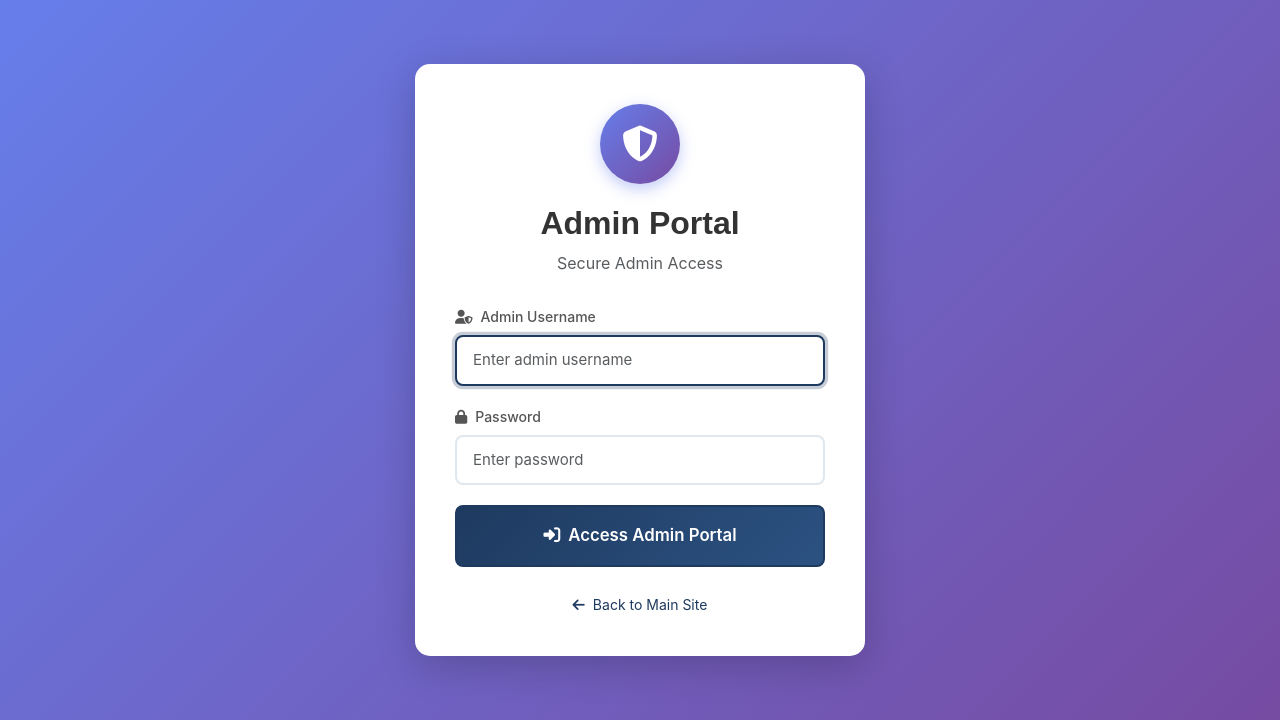
Repository: anamika-webdev/zuree_telecom_react
Page: /admin-login
The author's editor kept a copy of each file at every save. The page is drawn from the files as they stood at one save, then again after the next save.
The browser window is 1280 px wide. The pictures show the whole page.
The page's requests for data from a server got no answer. The project was rebuilt for these pictures with package versions that can differ from the ones it lists, and the page was loaded fresh each time. No one was signed in, and anything a server would have sent is missing. Also part of the build but not shown: vite.config.js, src/components/layout/Layout.jsx, src/assets/css/admin-layout.css, src/components/layout/AdminLayout.jsx, src/components/PrivateRoute.jsx, src/pages/Home.jsx, src/components/common/PageTitle.jsx, src/pages/AboutUs.jsx and 37 more.

Above is the page before, as saved 2025-11-05 20:20:40.

### index.html

<!doctype html>
<html lang="en">
  <head>
    <meta charset="UTF-8" />
    <link rel="icon" type="image/svg+xml" href="/favicon.ico" />
    <meta name="viewport" content="width=device-width, initial-scale=1.0" />
    <meta name="description" content="Zuree Telecom - Connected Device to Enable Digital. Comprehensive infrastructure analysis and communications solutions." />
    <meta name="keywords" content="telecom, 5G, digital marketing, web development, mobile apps" />
    <meta name="author" content="Zuree Telecom" />

    <!-- Open Graph / Facebook -->
    <meta property="og:type" content="website" />
    <meta property="og:url" content="https://zureetelecom.com/" />
    <meta property="og:title" content="Zuree Telecom - Connect Device" />
    <meta property="og:description" content="Connected Device to Enable Digital - SMB Digitization Data Management" />
    <meta property="og:image" content="/images/og-image.jpg" />

    <!-- Twitter -->
    <meta property="twitter:card" content="summary_large_image" />
    <meta property="twitter:url" content="https://zureetelecom.com/" />
    <meta property="twitter:title" content="Zuree Telecom - Connect Device" />
    <meta property="twitter:description" content="Connected Device to Enable Digital - SMB Digitization Data Management" />
    <meta property="twitter:image" content="/images/og-image.jpg" />
<link rel="stylesheet" href="https://cdnjs.cloudflare.com/ajax/libs/font-awesome/6.4.0/css/all.min.css" />
    <title>Zuree Telecom - Connect Device</title>
  </head>
  <body>
    <div id="root"></div>
    <script type="module" src="/src/main.jsx"></script>
  </body>
</html>

### src/main.jsx
// src/main.jsx
import React from 'react';
import ReactDOM from 'react-dom/client';
import App from './App.jsx';
import { ToastContainer } from 'react-toastify';
import 'bootstrap/dist/css/bootstrap.min.css';
import 'react-toastify/dist/ReactToastify.css'; // <-- MAKE SURE THIS LINE EXISTS

// Your other CSS imports
import './index.css';
import './assets/css/main.css';
import './assets/css/animations.css';
import './assets/css/layout.css';

ReactDOM.createRoot(document.getElementById('root')).render(
  <React.StrictMode>
    <App />
    <ToastContainer
      autoClose={3000}
      position="bottom-right"
      theme="colored"
    />
  </React.StrictMode>,
);

### src/assets/css/main.css
/* Main CSS File - Custom Styles for Zuree Telecom */

/* Import Layout Styles */
@import './layout.css';

/* Import Page Styles */
@import './pages/home.css';

/* Typography */
h1, h2, h3, h4, h5, h6 {
  font-family: 'Poppins', sans-serif;
  font-weight: 600;
  line-height: 1.2;
  margin-bottom: 1rem;
}

p {
  line-height: 1.6;
  margin-bottom: 1rem;
}

/* Container */
.container {
  max-width: 1200px;
  margin: 0 auto;
  padding: 0 15px;
}

/* Card Styles */
.card {
  background: white;
  border-radius: 8px;
  box-shadow: 0 2px 8px rgba(0, 0, 0, 0.1);
  overflow: hidden;
  transition: transform 0.3s ease, box-shadow 0.3s ease;
}

.card:hover {
  transform: translateY(-5px);
  box-shadow: 0 4px 16px rgba(0, 0, 0, 0.15);
}

.card-body {
  padding: 20px;
}

.card-title {
  font-size: 1.5rem;
  margin-bottom: 0.75rem;
  color: #2d3e50;
}

.card-text {
  color: #666;
  margin-bottom: 1rem;
}

/* Section Styles */
.section {
  padding: 60px 0;
}

.section-title {
  text-align: center;
  margin-bottom: 50px;
}

.section-title h2 {
  font-size: 2.5rem;
  color: #2d3e50;
  margin-bottom: 15px;
}

.section-title p {
  font-size: 1.1rem;
  color: #666;
  max-width: 700px;
  margin: 0 auto;
}

/* Grid Layouts */
.row {
  display: flex;
  flex-wrap: wrap;
  margin: 0 -15px;
}

.col {
  flex: 1;
  padding: 0 15px;
}

/* Responsive utilities */
@media (max-width: 768px) {
  .section-title h2 {
    font-size: 2rem;
  }

  .row {
    flex-direction: column;
  }
}

/* Links */
a {
  color: #050336;
  text-decoration: none;
  transition: color 0.3s ease;
}

a:hover {
  color: #b91330;
}

/* Text utilities */
.text-center {
  text-align: center;
}

.text-muted {
  color: #6c757d;
}

.text-primary {
  color: #050336;
}

.text-secondary {
  color: #2d3e50;
}
/* src/assets/css/main.css */

/* ... all your existing styles ... */

/* --- ADD THIS CODE AT THE END --- */

/* React-Toastify Text Color Fix */
.Toastify__toast-container {
  z-index: 99999;
}

.Toastify__toast {
  color: #ffffff !important; /* Forces text color to white */
}

.Toastify__toast-body {
  color: #ffffff !important; /* Ensures body text is white */
}

.Toastify__toast-body div {
  color: #ffffff !important; /* Catches text inside other elements */
}

### src/hooks/useAuth.jsx
// src/hooks/useAuth.jsx
import React, { createContext, useContext, useState, useEffect } from 'react';
// Import the single authService object
import { authService } from '../services/authService';
import api from '../services/api'; // Assuming you have api.js for setting headers

const AuthContext = createContext(null);

export const AuthProvider = ({ children }) => {
  const [user, setUser] = useState(null);
  const [loading, setLoading] = useState(true);

  useEffect(() => {
    // Check for user and token on initial load
    const storedUser = authService.getCurrentUser();
    const token = authService.getToken();

    if (storedUser && token) {
      setUser(storedUser);
      // Set auth header for all future requests
      api.defaults.headers.common['Authorization'] = `Bearer ${token}`;
    }
    setLoading(false);
  }, []);

  const loginUser = async (credentials) => {
    // Call the method from the authService object
    const response = await authService.userLogin(credentials);

    if (response.success && response.user) {
      // --- FIX IS HERE ---
      // We manually create the user object for the state to match
      // what authService saves in localStorage.
      const userForState = {
        ...response.user,
        userType: 'user'
      };

      setUser(userForState); // Set the correct object in state
      // Set auth header after successful login
      api.defaults.headers.common['Authorization'] = `Bearer ${response.token}`;
    }
    return response;
  };

  const loginAdmin = async (credentials) => {
    // Call the method from the authService object
    const response = await authService.adminLogin(credentials);

    if (response.success && response.user) {
      // --- FIX IS HERE ---
      // We manually create the user object for the state to match
      // what authService saves in localStorage.
      const userForState = {
        ...response.user,
        userType: 'admin'
      };

      setUser(userForState); // Set the correct object in state
      // Set auth header after successful login
      api.defaults.headers.common['Authorization'] = `Bearer ${response.token}`;
    }
    return response;
  };

  const registerUser = async (userData) => {
    // Call the method from the authService object
    return await authService.userRegister(userData);
  };

  const logout = () => {
    // Call the method from the authService object
    authService.logout();
    setUser(null);
    // Remove auth header on logout
    delete api.defaults.headers.common['Authorization'];
  };

  const value = {
    user,
    isAuthenticated: !!user,
    // These checks will now work immediately after login
    isAdmin: !!user && user.userType === 'admin',
    isUser: !!user && user.userType === 'user',
    loading,
    loginUser,
    loginAdmin,
    registerUser,
    logout
  };

  return (
    <AuthContext.Provider value={value}>
      {!loading && children}
    </AuthContext.Provider>
  );
};

export const useAuth = () => {
  return useContext(AuthContext);
};

### src/pages/AdminLogin.jsx
// src/pages/AdminLogin.jsx
import { useState } from 'react';
import { useNavigate } from 'react-router-dom';
import { useAuth } from '../hooks/useAuth.jsx';
import '../assets/css/admin-login.css';

const AdminLogin = () => {
  const navigate = useNavigate();
  const { login } = useAuth();
  const [formData, setFormData] = useState({
    username: '',
    password: ''
  });
  const [error, setError] = useState('');
  const [loading, setLoading] = useState(false);

  const handleChange = (e) => {
    setFormData(prev => ({
      ...prev,
      [e.target.name]: e.target.value
    }));
    if (error) setError('');
  };

  const handleSubmit = async (e) => {
    e.preventDefault();
    setError('');
    setLoading(true);

    console.log('Admin login attempt:', { username: formData.username });

    try {
      const response = await login(formData);
      console.log('Admin login successful:', response);

      // Redirect to admin dashboard
      setTimeout(() => {
        window.location.href = '/admin/dashboard';
      }, 100);
    } catch (err) {
      console.error('Admin login error:', err);
      setError(err.message || 'Invalid admin credentials');
      setLoading(false);
    }
  };

  return (
    <div className="admin-login-page">
      <div className="admin-login-container">
        <div className="admin-login-box">
          <div className="admin-login-header">
            <div className="admin-logo">
              <i className="fas fa-shield-alt"></i>
            </div>
            <h2>Admin Portal</h2>
            <p className="text-muted">Secure Admin Access</p>
          </div>

          {error && (
            <div className="alert alert-danger" role="alert">
              <i className="fas fa-exclamation-circle me-2"></i>
              {error}
            </div>
          )}

          <form onSubmit={handleSubmit} className="admin-login-form">
            <div className="form-group">
              <label>
                <i className="fas fa-user-shield me-2"></i>
                Admin Username
              </label>
              <input
                type="text"
                name="username"
                className="form-control"
                value={formData.username}
                onChange={handleChange}
                placeholder="Enter admin username"
                required
                autoFocus
                disabled={loading}
              />
            </div>

            <div className="form-group">
              <label>
                <i className="fas fa-lock me-2"></i>
                Password
              </label>
              <input
                type="password"
                name="password"
                className="form-control"
                value={formData.password}
                onChange={handleChange}
                placeholder="Enter password"
                required
                disabled={loading}
              />
            </div>

            <button
              type="submit"
              className="btn btn-admin-primary w-100"
              disabled={loading}
            >
              {loading ? (
                <>
                  <span className="spinner-border spinner-border-sm me-2"></span>
                  Authenticating...
                </>
              ) : (
                <>
                  <i className="fas fa-sign-in-alt me-2"></i>
                  Access Admin Portal
                </>
              )}
            </button>
          </form>

          <div className="admin-login-footer">
            <a href="/" className="back-to-site">
              <i className="fas fa-arrow-left me-2"></i>
              Back to Main Site
            </a>
          </div>
        </div>
      </div>
    </div>
  );
};

export default AdminLogin;

### src/components/ScrollToTop.jsx
import { useEffect } from 'react';
import { useLocation } from 'react-router-dom';

const ScrollToTop = () => {
  const { pathname } = useLocation();

  useEffect(() => {
    window.scrollTo({
      top: 0,
      left: 0,
      behavior: 'instant'
    });
  }, [pathname]);

  return null;
};

export default ScrollToTop;

### src/assets/css/admin-login.css
/* src/assets/css/admin-login.css */

.admin-login-page {
  min-height: 100vh;
  display: flex;
  align-items: center;
  justify-content: center;
  background: linear-gradient(135deg, #667eea 0%, #764ba2 100%);
  padding: 20px;
}

.admin-login-container {
  width: 100%;
  max-width: 450px;
}

.admin-login-box {
  background: white;
  border-radius: 15px;
  box-shadow: 0 10px 40px rgba(0, 0, 0, 0.2);
  padding: 40px;
}

.admin-login-header {
  text-align: center;
  margin-bottom: 30px;
}

.admin-logo {
  width: 80px;
  height: 80px;
  background: linear-gradient(135deg, #667eea 0%, #764ba2 100%);
  border-radius: 50%;
  display: flex;
  align-items: center;
  justify-content: center;
  margin: 0 auto 20px;
  box-shadow: 0 5px 15px rgba(102, 126, 234, 0.4);
}

.admin-logo i {
  font-size: 36px;
  color: white;
}

.admin-login-header h2 {
  color: #333;
  margin-bottom: 8px;
  font-weight: 600;
}

.admin-login-form .form-group {
  margin-bottom: 20px;
}

.admin-login-form label {
  display: block;
  margin-bottom: 8px;
  color: #555;
  font-weight: 500;
  font-size: 14px;
}

.admin-login-form .form-control {
  width: 100%;
  padding: 12px 16px;
  border: 2px solid #e1e8ed;
  border-radius: 8px;
  font-size: 15px;
  transition: all 0.3s;
}

.admin-login-form .form-control:focus {
  border-color: #667eea;
  outline: none;
  box-shadow: 0 0 0 3px rgba(102, 126, 234, 0.1);
}

.btn-admin-primary {
  background: linear-gradient(135deg, #667eea 0%, #764ba2 100%);
  border: none;
  padding: 14px;
  font-size: 16px;
  font-weight: 600;
  border-radius: 8px;
  color: white;
  transition: all 0.3s;
}

.btn-admin-primary:hover:not(:disabled) {
  transform: translateY(-2px);
  box-shadow: 0 8px 20px rgba(102, 126, 234, 0.4);
}

.btn-admin-primary:disabled {
  opacity: 0.6;
  cursor: not-allowed;
}

.admin-login-footer {
  margin-top: 25px;
  text-align: center;
}

.back-to-site {
  color: #667eea;
  text-decoration: none;
  font-size: 14px;
  transition: all 0.3s;
}

.back-to-site:hover {
  color: #764ba2;
  text-decoration: underline;
}

.admin-login-page .alert {
  border-radius: 8px;
  margin-bottom: 20px;
}

/* Responsive */
@media (max-width: 576px) {
  .admin-login-box {
    padding: 30px 20px;
  }

  .admin-logo {
    width: 60px;
    height: 60px;
  }

  .admin-logo i {
    font-size: 28px;
  }
}

/* src/assets/css/admin-login.css */

/* ... all your existing admin-login styles ... */

/* --- ADD THIS CODE AT THE END --- */

/* React-Toastify Text Color Fix */
.Toastify__toast-container {
  z-index: 99999;
}

.Toastify__toast {
  color: #ffffff !important; /* Forces text color to white */
}

.Toastify__toast-body {
  color: #ffffff !important; /* Ensures body text is white */
}

.Toastify__toast-body div {
  color: #ffffff !important; /* Catches text inside other elements */
}

Loaded but not shown: src/services/authService.js (139 lines, source omitted); src/services/api.js (73 lines, source omitted); src/assets/css/pages/home.css (985 lines, source omitted); src/assets/css/complete-beige-theme.css (686 lines, source omitted); src/assets/css/final-complete-fix.css (488 lines, source omitted); src/assets/css/pages/blogs.css (656 lines, source omitted); src/assets/css/layout.css (655 lines, source omitted); src/assets/css/pages/blog-details.css (635 lines, source omitted); src/index.css (371 lines, source omitted); src/assets/css/pages/contact.css (575 lines, source omitted); src/assets/css/about.css (500 lines, source omitted); src/assets/css/pages/career.css (502 lines, source omitted); src/assets/css/pages/job-details.css (472 lines, source omitted); src/App.jsx (177 lines, source omitted)

After the next save:
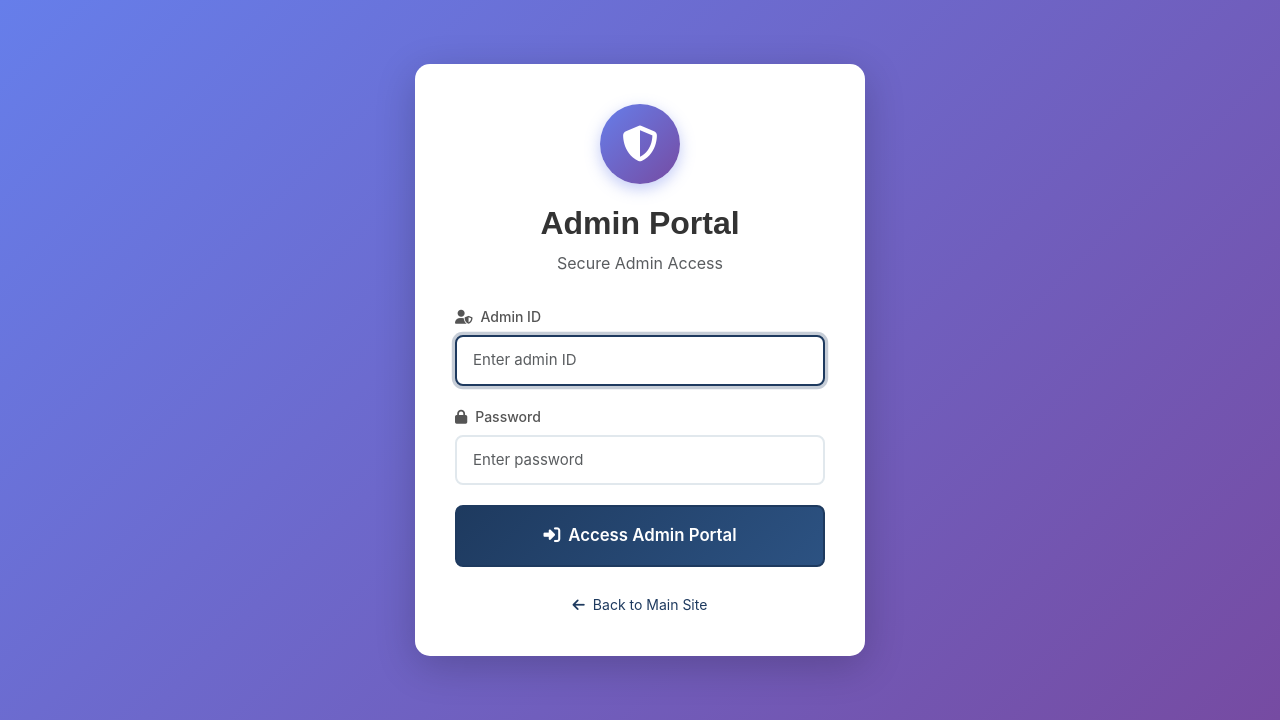
Saved 2 min 16 s later.
--- a/src/pages/AdminLogin.jsx
+++ b/src/pages/AdminLogin.jsx
@@ -2,16 +2,19 @@
 import { useState } from 'react';
 import { useNavigate } from 'react-router-dom';
 import { useAuth } from '../hooks/useAuth.jsx';
+import { toast } from 'react-toastify'; // 1. Import toast for notifications
 import '../assets/css/admin-login.css';
 
 const AdminLogin = () => {
   const navigate = useNavigate();
-  const { login } = useAuth();
+  const { loginAdmin } = useAuth(); // 2. FIX: Use 'loginAdmin' from your auth hook
+
   const [formData, setFormData] = useState({
-    username: '',
+    loginId: '', // 3. FIX: Changed 'username' to 'loginId' to match API
     password: ''
   });
-  const [error, setError] = useState('');
+
+  // const [error, setError] = useState(''); // No longer needed, using toast
   const [loading, setLoading] = useState(false);
 
   const handleChange = (e) => {
@@ -19,27 +22,33 @@ const AdminLogin = () => {
       ...prev,
       [e.target.name]: e.target.value
     }));
-    if (error) setError('');
+    // if (error) setError(''); // No longer needed
   };
 
   const handleSubmit = async (e) => {
     e.preventDefault();
-    setError('');
+    // setError(''); // No longer needed
     setLoading(true);
 
-    console.log('Admin login attempt:', { username: formData.username });
+    // 4. FIX: Log the correct state property
+    console.log('Admin login attempt:', { loginId: formData.loginId });
 
     try {
-      const response = await login(formData);
+      // 5. FIX: Call the correct 'loginAdmin' function
+      const response = await loginAdmin(formData);
       console.log('Admin login successful:', response);
 
-      // Redirect to admin dashboard
-      setTimeout(() => {
-        window.location.href = '/admin/dashboard';
-      }, 100);
+      toast.success('Login successful! Redirecting...');
+
+      // 6. FIX: Use 'navigate' for a clean React redirect
+      navigate('/admin/dashboard');
+
     } catch (err) {
       console.error('Admin login error:', err);
-      setError(err.message || 'Invalid admin credentials');
+      // 7. Use toast for error messages
+      toast.error(err.message || 'Invalid admin credentials');
+    } finally {
+      // 8. Set loading to false in 'finally' to ensure it always runs
       setLoading(false);
     }
   };
@@ -56,26 +65,23 @@ const AdminLogin = () => {
             <p className="text-muted">Secure Admin Access</p>
           </div>
 
-          {error && (
-            <div className="alert alert-danger" role="alert">
-              <i className="fas fa-exclamation-circle me-2"></i>
-              {error}
-            </div>
-          )}
+          {/* Error display is now handled by react-toastify */}
+          {/* {error && ( ... )} */}
 
           <form onSubmit={handleSubmit} className="admin-login-form">
             <div className="form-group">
               <label>
                 <i className="fas fa-user-shield me-2"></i>
-                Admin Username
+                Admin ID
               </label>
               <input
                 type="text"
-                name="username"
+                // 9. FIX: 'name' and 'value' now point to 'loginId'
+                name="loginId"
                 className="form-control"
-                value={formData.username}
+                value={formData.loginId}
                 onChange={handleChange}
-                placeholder="Enter admin username"
+                placeholder="Enter admin ID"
                 required
                 autoFocus
                 disabled={loading}
